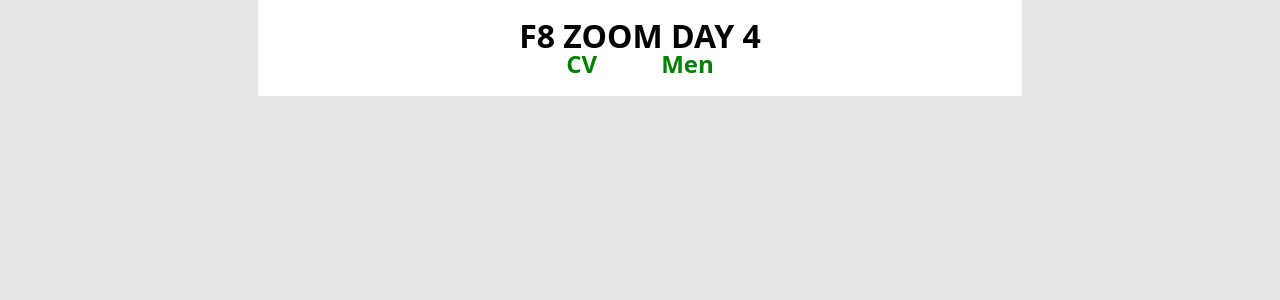
Repository: lannguyen1301/f8-zoom-day-4
Page: index.html
The author's editor kept a copy of each file at every save. The page is drawn from the files as they stood at one save, then again after a run of saves.
The browser window is 1280 px wide. The pictures show the whole page.

Above is the page before, as saved 2025-04-17 22:55:03.

### index.html
<!DOCTYPE html>
<html lang="en">

<head>
    <meta charset="UTF-8">
    <meta name="viewport" content="width=device-width, initial-scale=1.0">
    <title>f8-zoom-day-4</title>
    <link rel="stylesheet" href="./assets/css/reset.css">
    <link rel="stylesheet" href="./assets/css/style.css">
</head>

<body>
    <div class="content">
        <div class="top-desc">
            <h1 class="title-desc">F8 ZOOM DAY 4</h1>
            <ul class="list">
                <li class="item">
                    <a href="./cv.html" class="link">CV</a>
                </li>
                <li class="item">
                    <a href="./menu.html" class="link">Men</a>
                </li>
            </ul>
        </div>
    </div>
</body>

</html>

### assets/css/style.css
* {
    box-sizing: border-box;
}

body {
    margin: 0 auto;
    font-size: 16px;
    font-family: system-ui, "Segoe UI", Roboto, Helvetica, Arial, sans-serif,
        "Apple Color Emoji", "Segoe UI Emoji", "Segoe UI Symbol";
    background-color: #e6e5e5;
}

a {
    text-decoration: none;
}

.content {
    max-width: 764px;
    margin: inherit;
    padding: 20px 66px;
    background-color: #fff;
}

.top-desc {
    margin: ;
}

.title-desc {
    /* margin: 30px 0; */
    font-size: 32px;
    color: #020202;
    font-weight: 900;
    text-align: center;
}

.list {
    margin: 0 auto;
    text-align: center;
    font-size: 16px;
    color: green;
    font-weight: 500;
}

.item {
    display: inline-block;
    margin: 0 20px;
    font-weight: 900;
    font-size: 1.5rem;
}

.link {
    color: inherit;
    padding: 10px;
}

.item:hover > .link {
    color: orange;
    background-color: #fff;
    padding: 10px;
    border-radius: 5px;
}

Loaded but not shown: assets/css/reset.css (common file)

After the next 2 saves:
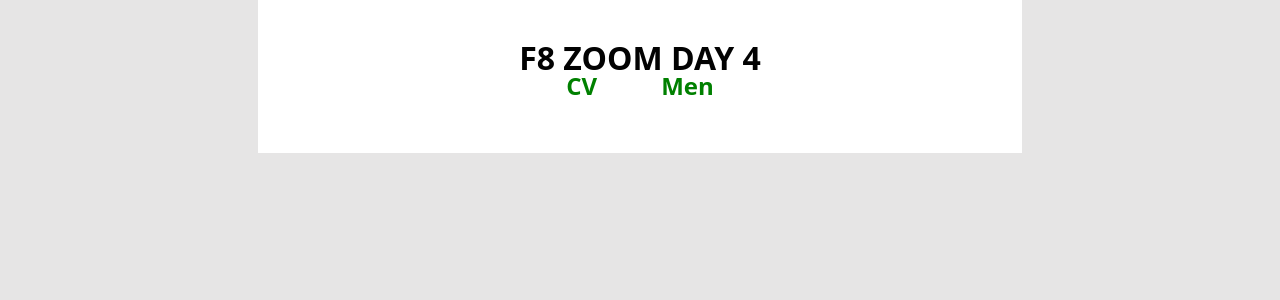
The 2 saves are shown as one change because they came seconds apart.
The last was saved 70 s later.
--- a/assets/css/style.css
+++ b/assets/css/style.css
@@ -22,7 +22,7 @@ a {
 }
 
 .top-desc {
-    margin: ;
+    margin: 22px 0 35px;
 }
 
 .title-desc {
